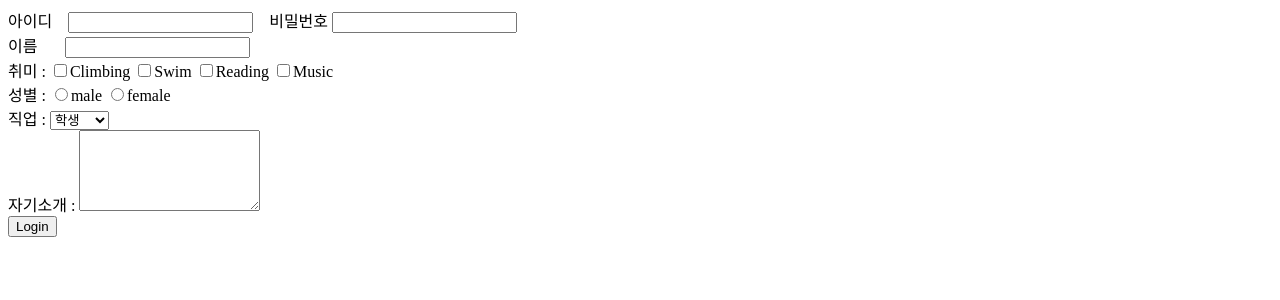
Repository: alsals126/servlet_study_2021
Page: http://localhost/ServletPrj/login_form.jsp
These files come from the project's save history. The page is drawn as it stood at one moment and after the next save; the edit follows.
The browser window is 1280 px wide. The pictures show the whole page.
The page is served by Tomcat 9. Other server files are loaded and not shown.

Above is the page before, as saved 2021-05-11 00:59:09.

### ServletPrj/WebContent/login_form.jsp
<%@ page language="java" contentType="text/html; charset=EUC-KR"
    pageEncoding="EUC-KR"%>
<!DOCTYPE html>
<html>
<head>
<meta charset="EUC-KR">
<title>Insert title here</title>
</head>
<body>
	<form method="post" action="login">
		아이디  &nbsp;&nbsp;&nbsp;<input type="text" name="id"/> &nbsp;&nbsp;
		비밀번호 <input type="password" name="pw"/><br>
		이름  &nbsp;&nbsp;&nbsp;&nbsp;&nbsp;&nbsp;<input type="text" name="name"/><br>
		취미 : <input type="checkbox" name="hobby" value="climbing">Climbing
		      <input type="checkbox" name="hobby" value="swim">Swim
		      <input type="checkbox" name="hobby" value="reading">Reading
		      <input type="checkbox" name="hobby" value="music">Music
		      <br>
		성별 : <input type="radio" name="gender" value="male">male
		      <input type="radio" name="gender" value="female">female
		      <br>
		직업 : <select name="job">
    			<option value="학생">학생</option>
    			<option value="공무원">공무원</option>
    			<option value="무직">무직</option>
			  </select><br>
		자기소개 : <textarea rows="5" name="aboutMe"></textarea><br>
		<button type="submit">Login</button>
	</form>
</body>
</html>

After the next save:
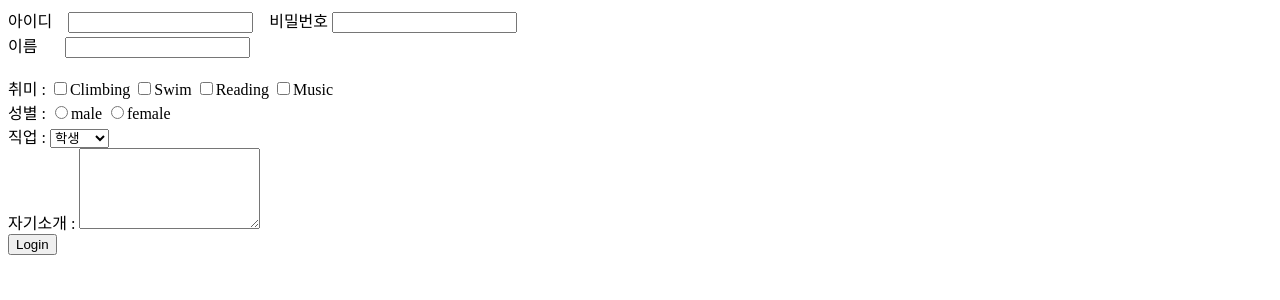
Saved 13 s later.
--- a/ServletPrj/WebContent/login_form.jsp
+++ b/ServletPrj/WebContent/login_form.jsp
@@ -10,7 +10,7 @@
 	<form method="post" action="login">
 		아이디  &nbsp;&nbsp;&nbsp;<input type="text" name="id"/> &nbsp;&nbsp;
 		비밀번호 <input type="password" name="pw"/><br>
-		이름  &nbsp;&nbsp;&nbsp;&nbsp;&nbsp;&nbsp;<input type="text" name="name"/><br>
+		이름  &nbsp;&nbsp;&nbsp;&nbsp;&nbsp;&nbsp;<input type="text" name="name"/><br><br>
 		취미 : <input type="checkbox" name="hobby" value="climbing">Climbing
 		      <input type="checkbox" name="hobby" value="swim">Swim
 		      <input type="checkbox" name="hobby" value="reading">Reading
